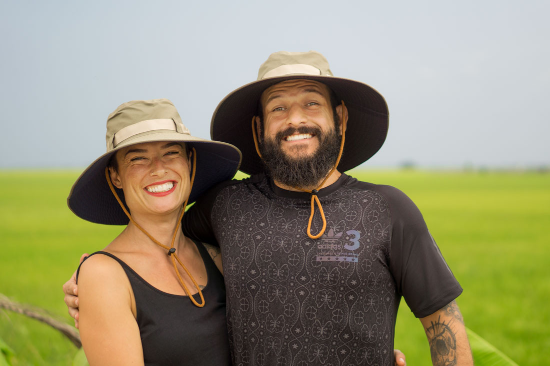
Repository: leopalmeiro/EasySearch
Script's output: python openCV/Project_01_OpenCV.py
These files come from the project's save history. The script's output is drawn as it stood at one moment and after the next save; the edit follows.
Random numbers start from a fixed seed. It also reads openCV/img/PaoyLeo.jpg.

Above is the script's output before, as saved 2020-02-03 22:46:03.

### openCV/Project_01_OpenCV.py
import cv2

img = cv2.imread("img/PaoyLeo.jpg", 1)

resized = cv2.resize(img, (int(img.shape[1]/2), int(img.shape[0]/2)))

cv2.imshow("LeoAndPao", resized)

cv2.waitKey(0)


cv2.destroyAllWindows()

After the next save:
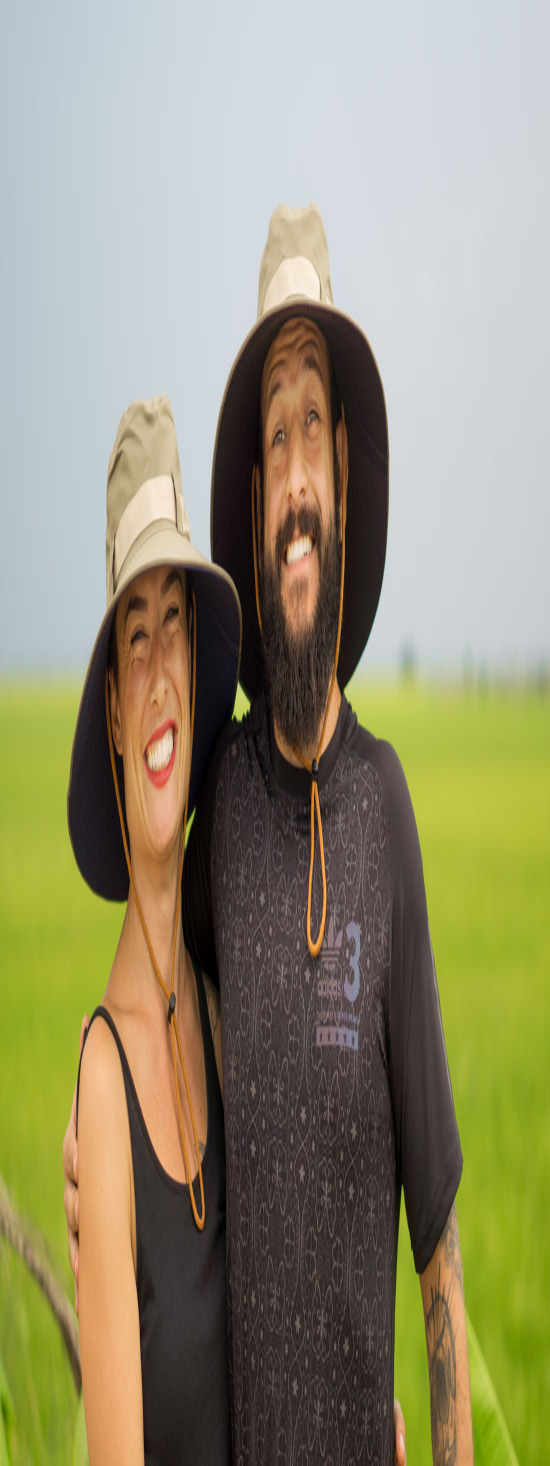
Saved 25 s later.
--- a/openCV/Project_01_OpenCV.py
+++ b/openCV/Project_01_OpenCV.py
@@ -2,7 +2,7 @@ import cv2
 
 img = cv2.imread("img/PaoyLeo.jpg", 1)
 
-resized = cv2.resize(img, (int(img.shape[1]/2), int(img.shape[0]/2)))
+resized = cv2.resize(img, (int(img.shape[1]/2), int(img.shape[0]*2)))
 
 cv2.imshow("LeoAndPao", resized)
 
